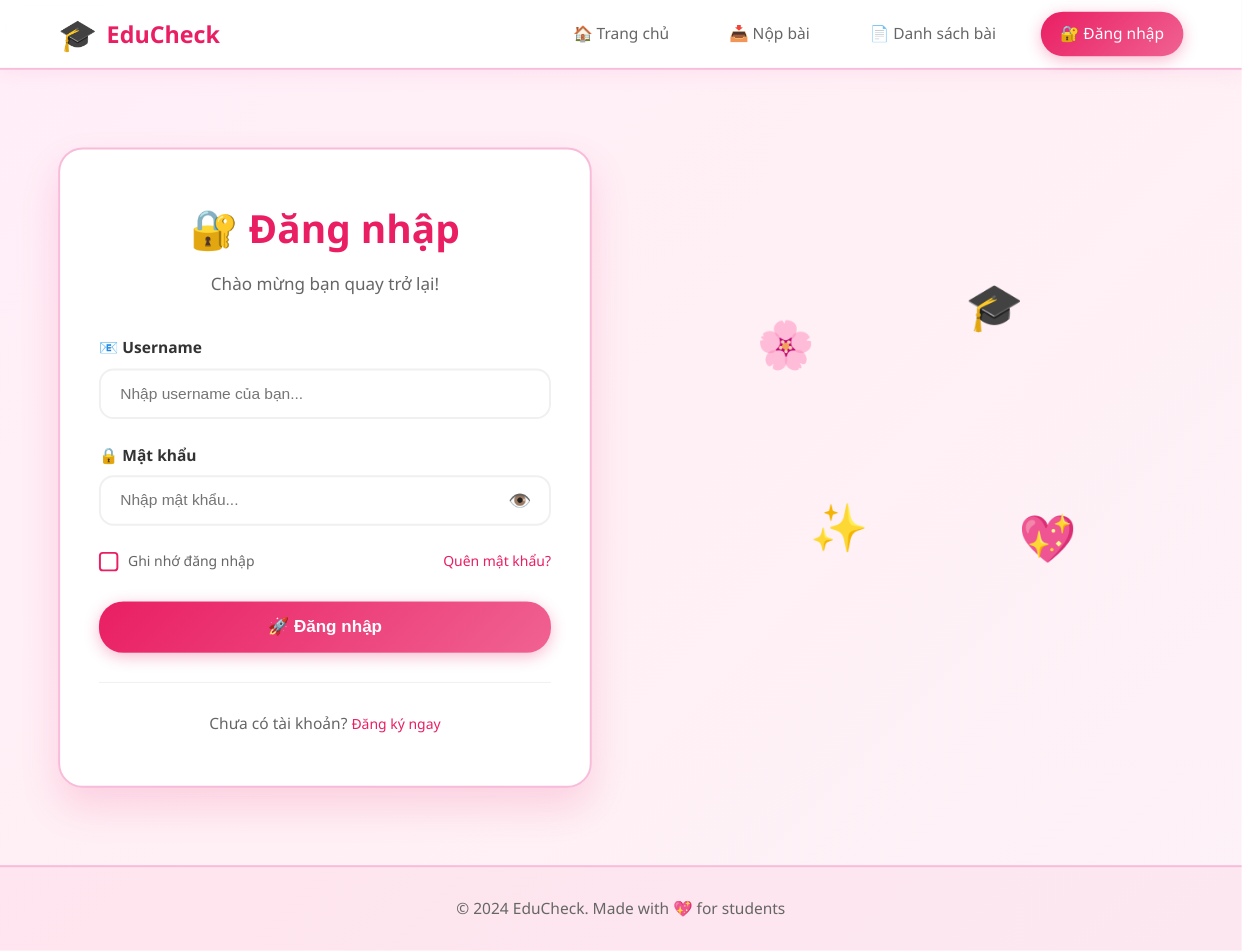
Repository: tuanloc782004/Plagiarism-Detection-System
Page: http://localhost/plagiarism-checker/login.jsp
These files come from the project's save history. The page is drawn as it stood at one moment and after the next save; the edit follows.
The browser window is 1280 px wide. The pictures show the whole page, at 97% of full size.
The page is served by Tomcat 9.

Above is the page before, as saved 2025-05-26 08:10:25.

After the next save:
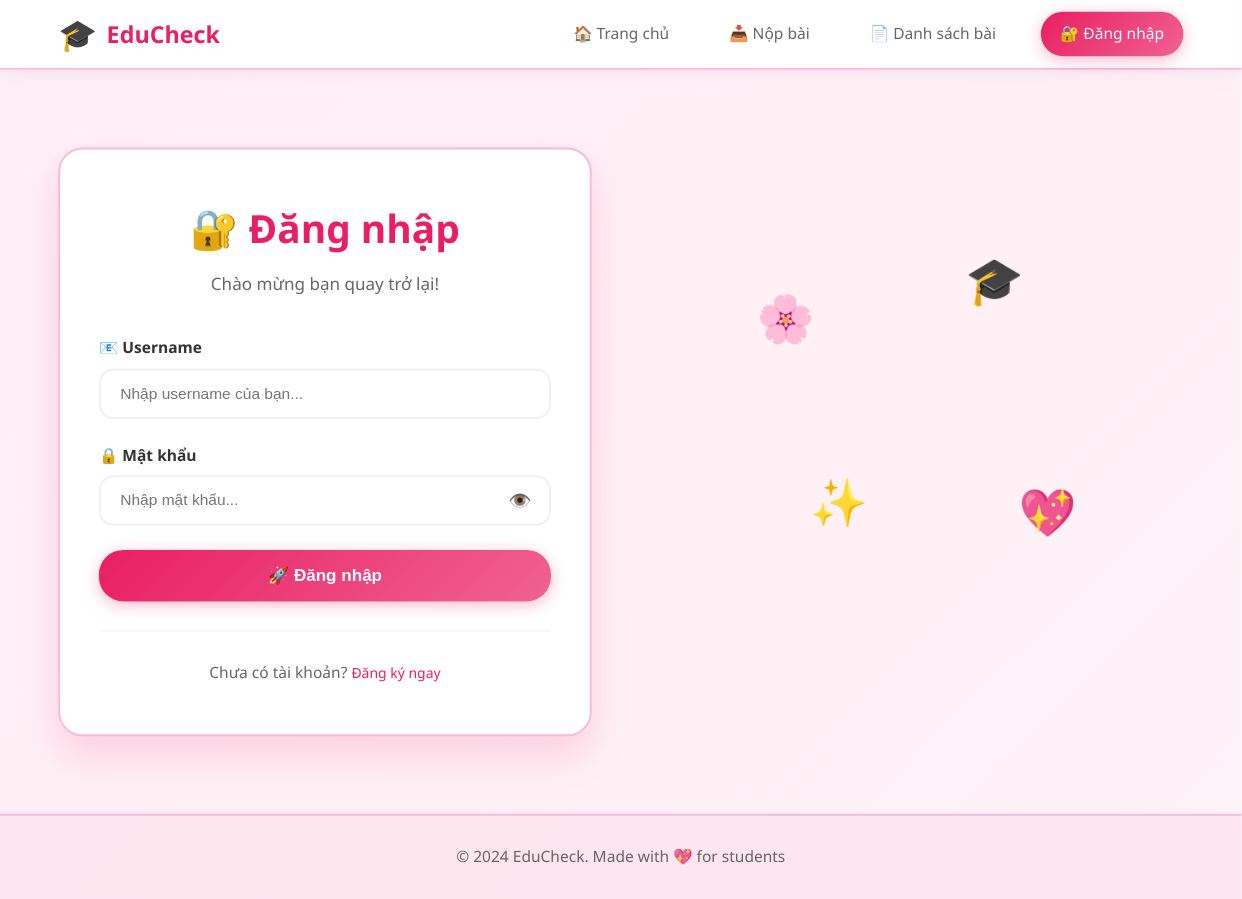
Saved 26 s later.
--- a/plagiarism-checker/src/main/webapp/login.jsp
+++ b/plagiarism-checker/src/main/webapp/login.jsp
@@ -63,20 +63,13 @@
 						</div>
 					</div>
 
-					<div class="form-options">
-						<label class="checkbox-label"> <input type="checkbox"
-							name="remember"> <span class="checkbox-custom"></span>
-							Ghi nhớ đăng nhập
-						</label> <a href="#" class="forgot-password">Quên mật khẩu?</a>
-					</div>
-
 					<button type="submit" class="btn btn-primary btn-large">
 						🚀 Đăng nhập</button>
 				</form>
 
 				<div class="auth-footer">
 					<p>
-						Chưa có tài khoản? <a href="register.html" class="auth-link">Đăng
+						Chưa có tài khoản? <a href="register.jsp" class="auth-link">Đăng
 							ký ngay</a>
 					</p>
 				</div>
